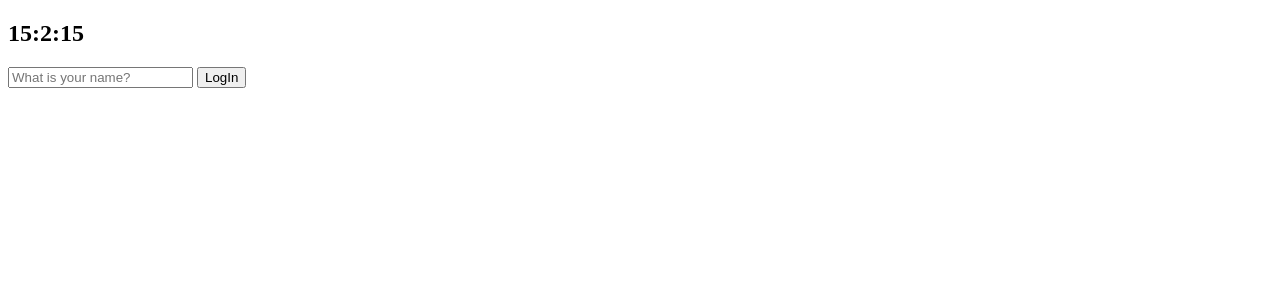
Repository: eunsuneun/js-momentum
Page: index.html
An editor plug-in stored every save of this project. The page is shown before and after a run of saves, followed by the edit.
The browser window is 1280 px wide. The pictures show the whole page.

Above is the page before, as saved 2021-09-01 16:21:16.

### index.html
<!DOCTYPE html>
<html lang="en">

<head>
  <meta charset="UTF-8">
  <meta name="viewport" content="width=device-width, initial-scale=1.0">
  <link rel="stylesheet" href="./css/style.css">
  <script src="./js/greeting.js"></script>
  <script src="./js/clock.js"></script>
  <title>Momentum</title>
</head>
<h2 class="clock"></h2>
<form class="login-form hidden">
  <input type="text" placeholder="What is your name?">
  <button>LogIn</button>
</form>
<h1 class="greeting hidden"></h1>
<button class="logout hidden">LogOut</button>
<p class="alert-txt hidden"></p>

<body>

</body>

</html>

### js/greeting.js
document.addEventListener('DOMContentLoaded', () => {
  const $loginForm = document.querySelector('.login-form');
  const $loginInput = $loginForm.querySelector('input');
  const $greeting = document.querySelector('.greeting');
  const $alertTxt = document.querySelector('.alert-txt');
  const $logoutBtn = document.querySelector('.logout');
  const HIDDEN_CLASS = 'hidden';
  const USERNAME_KEY = 'userName';

  function onLogIn(event) {
    event.preventDefault();
    const userName = $loginInput.value;
    if (userName === '') {
      $alertTxt.innerText = 'Please write your name !';
      $alertTxt.classList.remove(HIDDEN_CLASS);
      return;
    }
    if (userName.length > 15) {
      $alertTxt.innerText = 'Your name is too long !';
      $alertTxt.classList.remove(HIDDEN_CLASS);
      return;
    }
    $loginForm.classList.add(HIDDEN_CLASS);
    $alertTxt.classList.add(HIDDEN_CLASS);
    localStorage.setItem(USERNAME_KEY, userName);
    greeting(userName);
  }
  function greeting(username) {
    $greeting.textContent = `Hello ${username}`;
    $greeting.classList.remove(HIDDEN_CLASS);
    $logoutBtn.classList.remove(HIDDEN_CLASS);
  }
  const savedUsername = localStorage.getItem(USERNAME_KEY);
  if (!savedUsername) {
    // show the form
    $loginForm.classList.remove(HIDDEN_CLASS);
    $loginForm.addEventListener('submit', onLogIn);
  } else {
    // show the greeting
    greeting(savedUsername);
  }
  function onLogOut() {
    localStorage.removeItem(USERNAME_KEY);
    $loginForm.classList.remove(HIDDEN_CLASS);
    $greeting.classList.add(HIDDEN_CLASS);
    $logoutBtn.classList.add(HIDDEN_CLASS);
    $loginInput.value = '';
    $loginInput.focus();
  }
  $logoutBtn.addEventListener('click', onLogOut);
});

### js/clock.js
document.addEventListener('DOMContentLoaded', () => {
  const $clock = document.querySelector('.clock');
  function getClock() {
    const date = new Date();
    const hours = date.getHours();
    $clock.innerHTML = `${date.getHours()}:${date.getMinutes()}:${date.getSeconds()}`;
  }
  getClock();
  setInterval(getClock, 1000);
});

Loaded but not shown: css/style.css (common file)

After the next 6 saves:
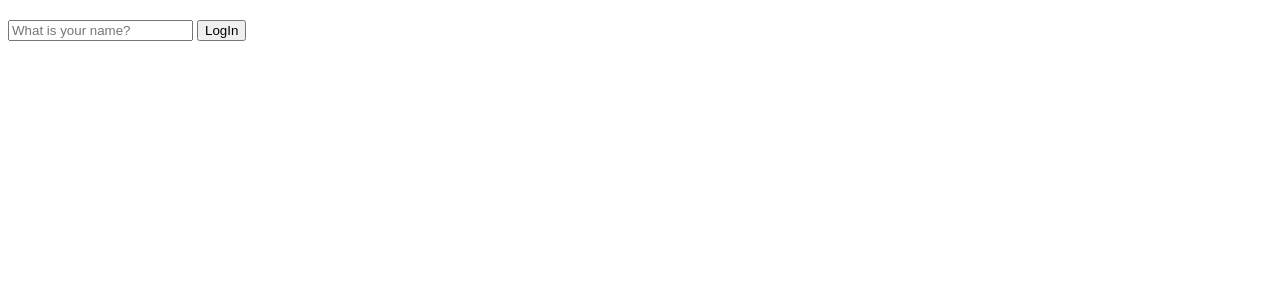
Console error: SyntaxError: Identifier 'hours' has already been declared
The 6 saves are shown as one change because they came seconds apart.
The last was saved 15 s later.
--- a/js/clock.js
+++ b/js/clock.js
@@ -2,6 +2,8 @@
   const $clock = document.querySelector('.clock');
   function getClock() {
     const date = new Date();
+    const hours = date.getHours();
+    const minus = date.getHours();
     const hours = date.getHours();
     $clock.innerHTML = `${date.getHours()}:${date.getMinutes()}:${date.getSeconds()}`;
   }

After the 5 saves that followed:
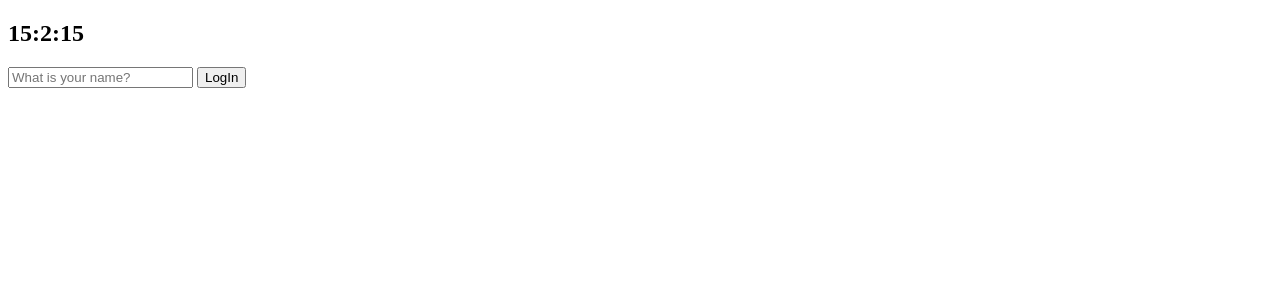
The error is gone.
The 5 saves are shown as one change because 3 left the picture as it was and some came seconds apart.
The last was saved 35 s later.
--- a/js/clock.js
+++ b/js/clock.js
@@ -3,8 +3,8 @@
   function getClock() {
     const date = new Date();
     const hours = date.getHours();
-    const minus = date.getHours();
-    const hours = date.getHours();
+    const minutes = date.getMinutes();
+    const seconds = date.getHours();
     $clock.innerHTML = `${date.getHours()}:${date.getMinutes()}:${date.getSeconds()}`;
   }
   getClock();
